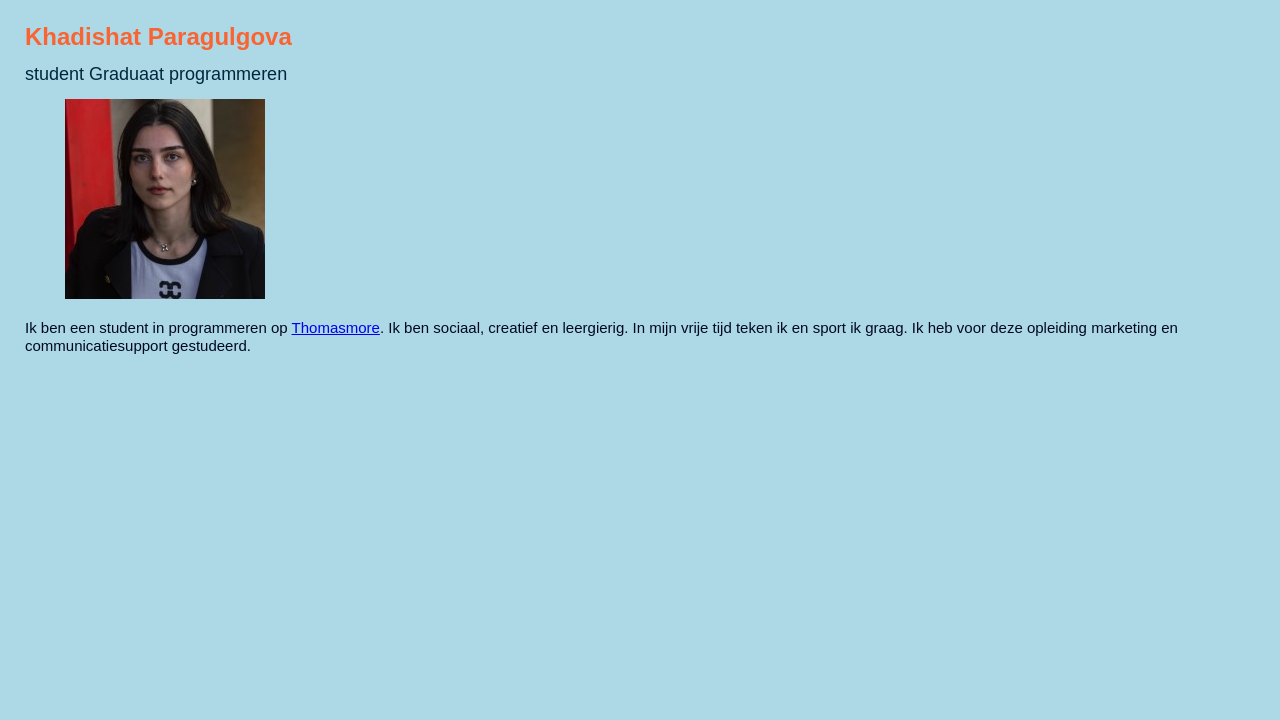
Repository: khadishat00/portfolio
Page: index.html
The author's editor kept a copy of each file at every save. The page is drawn from the files as they stood at one save, then again after a run of saves.
The browser window is 1280 px wide. The pictures show the whole page.

Above is the page before, as saved 2026-09-24 14:46:50.

### index.html
<!doctype html>
<html lang="en">
  <head>
    <meta charset="UTF-8" />
    <meta name="viewport" content="width=device-width, initial-scale=1.0" />
    <title>portfolio</title>
  </head>
  <style>
    html {
      font-family: Arial, sans-serif;
    }
    body{
        background-color: lightblue;
        margin: 25px ;
    }
    h1 {
      font-family: "Century Gothic", sans-serif;
      color: #fa6432;
      font-weight: bold;
      font-size: 24px;
      line-height: 24px;
    }
    h2 {
      font-family: "Century Gothic", sans-serif;
      color: #00283c;
      font-weight: normal;
      font-size: 18px;
      line-height: 18px;
    }
    p {
      font-family: Arial, sans-serif;
      color: #000a1e;
      font-size: 15px;
      line-height: 18px;
      font-weight: normal;
      padding: ;
    }

figure {
    display: block;
    margin-block-start: 1em;
    margin-block-end: 1em;
    margin-inline-start: 40px;
    margin-inline-end: 40px;
    unicode-bidi: isolate;
}

    img {
      max-width: 100%;
    }
  </style>
  <body>
    <h1>Khadishat Paragulgova</h1>
    <h2>student Graduaat programmeren</h2>
    <figure>
      <img src="profielfoto.jpg" alt="Mijn profielfoto" />
    </figure>
    <p>
      Ik ben een student in programmeren op
      <a href="https://thomasmore.be/nl">Thomasmore</a>. Ik ben sociaal,
      creatief en leergierig. In mijn vrije tijd teken ik en sport ik graag. Ik
      heb voor deze opleiding marketing en communicatiesupport gestudeerd.
    </p>

     <p>
    </p>
  </body>
</html>

After the next 3 saves:
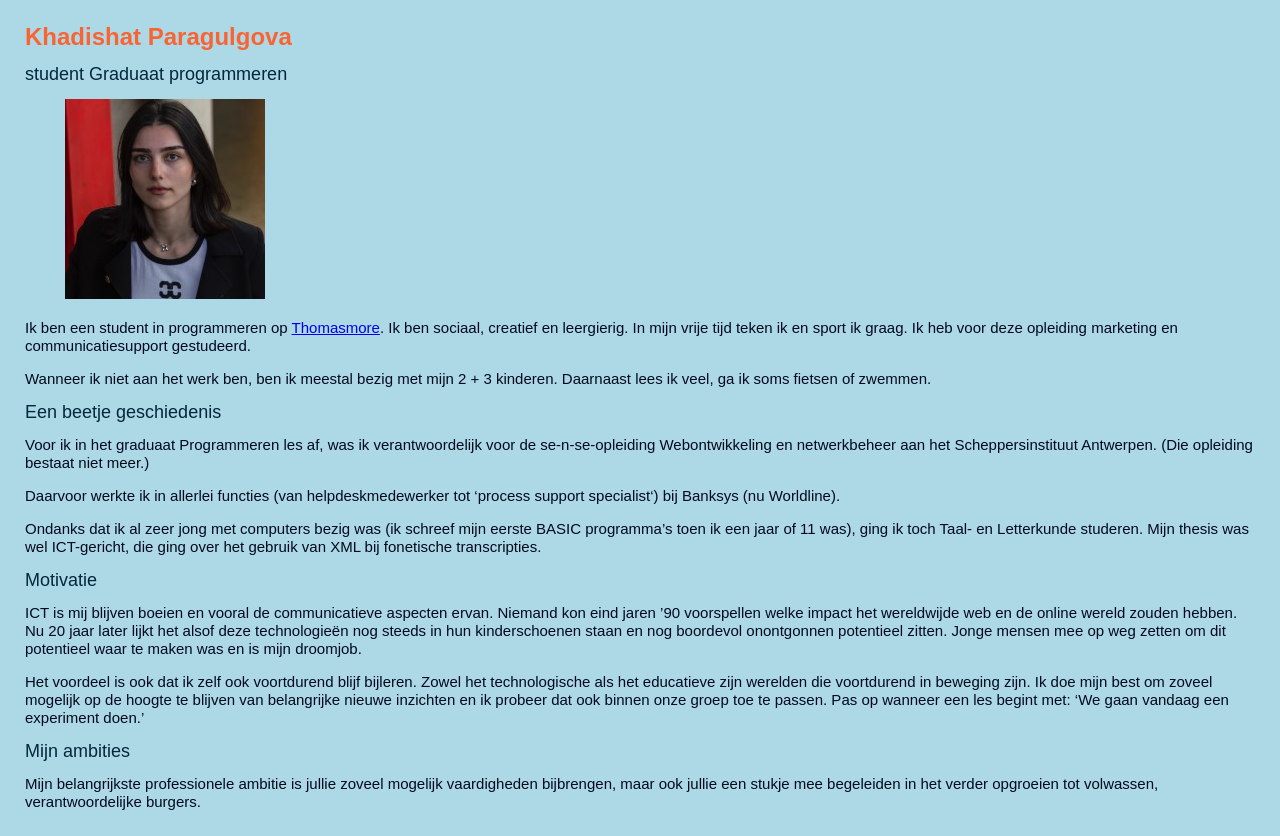
The 3 saves are shown as one change because they came seconds apart.
The last was saved 62 s later.
--- a/index.html
+++ b/index.html
@@ -61,8 +61,52 @@ figure {
       creatief en leergierig. In mijn vrije tijd teken ik en sport ik graag. Ik
       heb voor deze opleiding marketing en communicatiesupport gestudeerd.
     </p>
+    <p>
+        Wanneer ik niet aan het werk ben, ben ik meestal bezig met mijn 2 + 3
+        kinderen. Daarnaast lees ik veel, ga ik soms fietsen of zwemmen.
+      </p>
 
-     <p>
-    </p>
+      <h2>Een beetje geschiedenis</h2>
+      <p>
+        Voor ik in het graduaat Programmeren les af, was ik verantwoordelijk
+        voor de se-n-se-opleiding Webontwikkeling en netwerkbeheer aan het
+        Scheppersinstituut Antwerpen. (Die opleiding bestaat niet meer.)
+      </p>
+      <p>
+        Daarvoor werkte ik in allerlei functies (van helpdeskmedewerker tot
+        ‘process support specialist‘) bij Banksys (nu Worldline).
+      </p>
+      <p>
+        Ondanks dat ik al zeer jong met computers bezig was (ik schreef mijn
+        eerste BASIC programma’s toen ik een jaar of 11 was), ging ik toch Taal-
+        en Letterkunde studeren. Mijn thesis was wel ICT-gericht, die ging over
+        het gebruik van XML bij fonetische transcripties.
+      </p>
+
+      <h2>Motivatie</h2>
+      <p>
+        ICT is mij blijven boeien en vooral de communicatieve aspecten ervan.
+        Niemand kon eind jaren ’90 voorspellen welke impact het wereldwijde web
+        en de online wereld zouden hebben. Nu 20 jaar later lijkt het alsof deze
+        technologieën nog steeds in hun kinderschoenen staan en nog boordevol
+        onontgonnen potentieel zitten. Jonge mensen mee op weg zetten om dit
+        potentieel waar te maken was en is mijn droomjob.
+      </p>
+      <p>
+        Het voordeel is ook dat ik zelf ook voortdurend blijf bijleren. Zowel
+        het technologische als het educatieve zijn werelden die voortdurend in
+        beweging zijn. Ik doe mijn best om zoveel mogelijk op de hoogte te
+        blijven van belangrijke nieuwe inzichten en ik probeer dat ook binnen
+        onze groep toe te passen. Pas op wanneer een les begint met: ‘We gaan
+        vandaag een experiment doen.’
+      </p>
+
+      <h2>Mijn ambities</h2>
+      <p>
+        Mijn belangrijkste professionele ambitie is jullie zoveel mogelijk
+        vaardigheden bijbrengen, maar ook jullie een stukje mee begeleiden in
+        het verder opgroeien tot volwassen, verantwoordelijke burgers.
+      </p>
+    </main>
   </body>
 </html>
